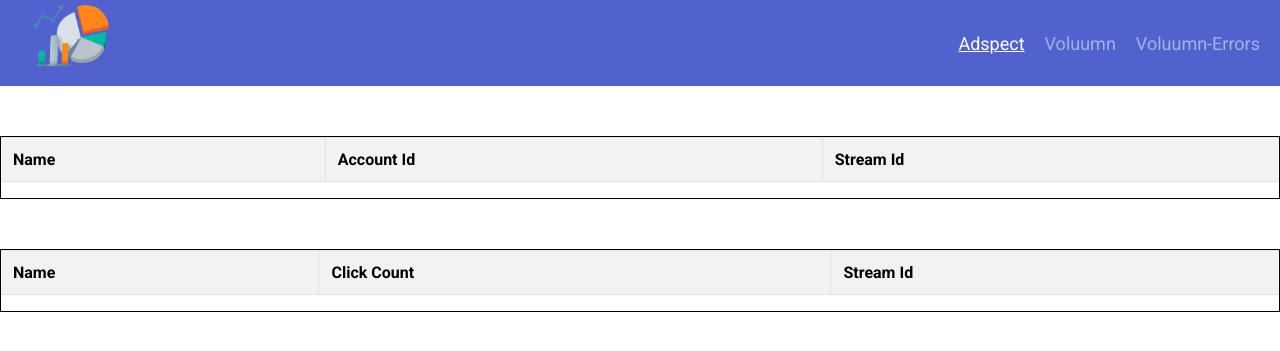
Repository: BobChampion/reports
Page: /reports (app in frontend/)
These files come from the project's save history. The page is drawn as it stood at one moment and after a run of saves; the edit follows.
The browser window is 1280 px wide. The pictures show the whole page.
The page's requests for data from a server got no answer. The project was rebuilt for these pictures with package versions that can differ from the ones it lists, and the page was loaded fresh each time. No one was signed in, and anything a server would have sent is missing. Also part of the build but not shown: frontend/vue.config.js, frontend/src/components/MyHome.vue, frontend/src/components/Voluumn/CampaignList.vue, frontend/src/components/Voluumn/HistoryTable.vue, frontend/src/components/Voluumn/MyVoluumn.vue, frontend/src/components/Voluumn/DateSelect.vue, frontend/src/helpers/date.js, frontend/src/components/Voluumn/VoluumnError.vue.

Above is the page before, as saved 2023-03-21 11:46:00.

After the next 2 saves:
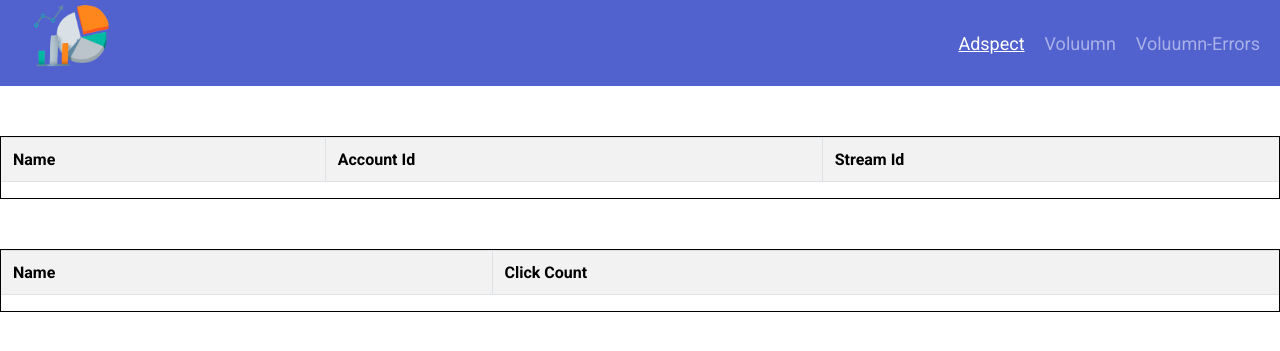
The 2 saves are shown as one change because they came seconds apart.
The last was saved 24 s later.
--- a/frontend/src/components/MyAdspect.vue
+++ b/frontend/src/components/MyAdspect.vue
@@ -25,13 +25,12 @@
             <tr>
               <th>Name</th>
               <th>Click Count</th>
-              <th>Stream Id</th>
             </tr>
           </thead>
           <tbody>
             <tr v-for="stream in streamswithclick" :key="stream.stream_id">
               <td>{{ stream.name }}</td>
-              <td>{{ stream.ClickCount }}</td>
+              <td>{{ stream.clickCount }}</td>
             </tr>
           </tbody>
         </table>
